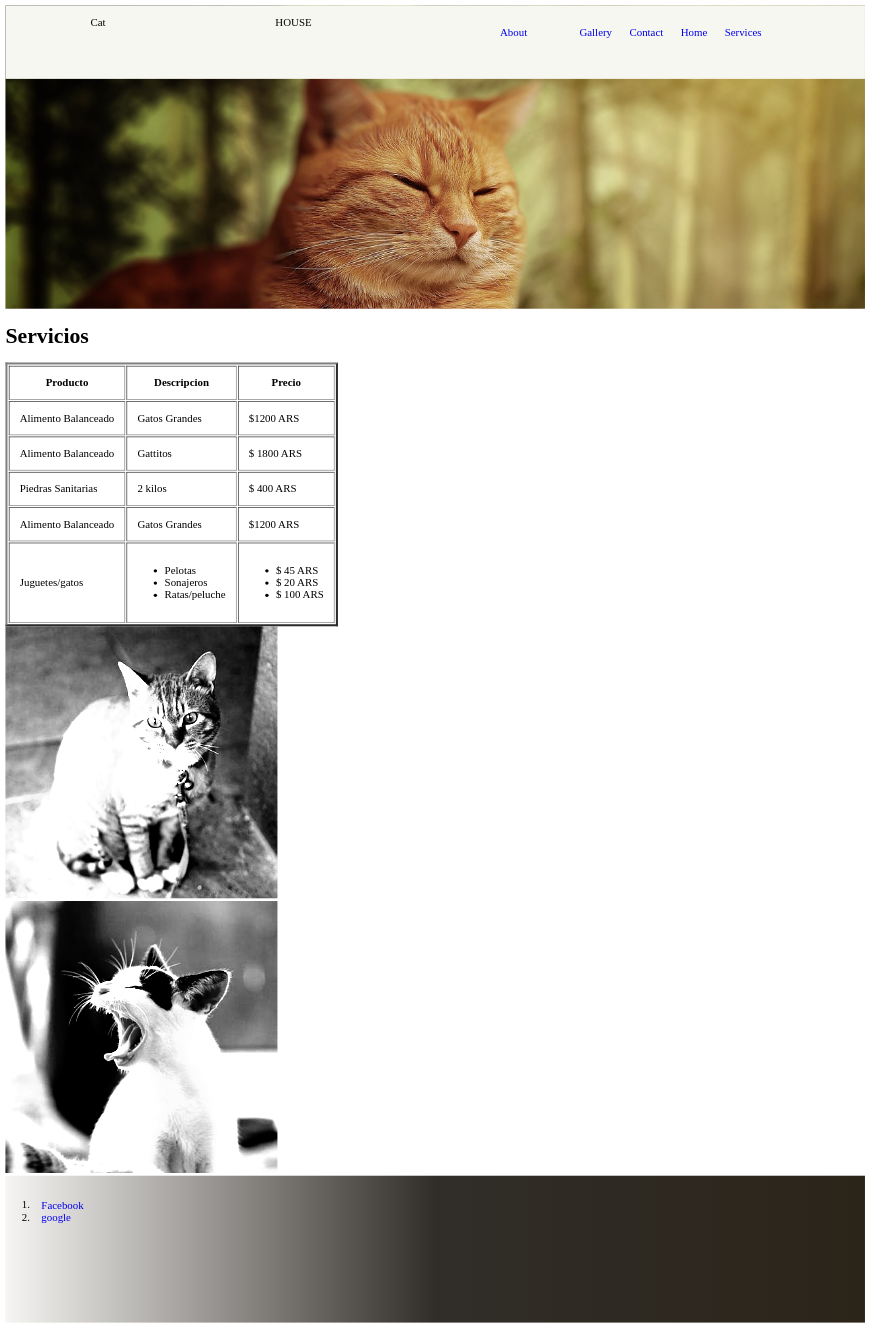
Repository: raul4264/final
Page: Services.html
The author's editor kept a copy of each file at every save. The page is drawn from the files as they stood at one save, then again after the next save.
The browser window is 1280 px wide. The pictures show the whole page, at 68% of full size.

Above is the page before, as saved 2021-04-02 09:24:01.

### Services.html
<!DOCTYPE html>
<html lang="en">

<head>
    <meta charset="UTF-8">
    <meta http-equiv="X-UA-Compatible" content="IE=edge">
    <meta name="viewport" content="width=device-width, initial-scale=1.0">
    <title>Services</title>
    <link href="css/services.css" rel="stylesheet" type="text/css">
</head>

<body>

    <body>

            <header>
                <div class="banner">

                    <nav id="nav">

                        <div class="item1">
                            <p class="h5">Cat</p>
                        </div>

                        <div class="item2">
                            <p class="h4">HOUSE</p>
                        </div>


                        <ul class="item3">
                            <li class=""><a href="about.html">About</li>
                            <li class=""><a href="Gallery.html">Gallery</a></li>
                            <li class=""><a href="Contact.html">Contact</a></li>
                            <li class=""><a href="index.html">Home</a></li>
                            <li class=""><a href="Services.html ">Services</a></li>
                        </ul>
                    </nav>
                </div>

            </header>





            <h1>Servicios</h1>
            <section class="table">

                <table border="3px" cellpadding="15px">
                    <tr>
                        <th>Producto</th>
                        <th>Descripcion</th>
                        <th>Precio</th>
                    </tr>
                    <tr>
                        <td>Alimento Balanceado</td>
                        <td>Gatos Grandes</td>
                        <td> $1200 ARS</td>
                    </tr>
                    <tr>
                        <td>Alimento Balanceado</td>
                        <td>Gattitos</td>
                        <td>$ 1800 ARS</td>
                    </tr>
                    <tr>
                        <td>Piedras Sanitarias</td>
                        <td>2 kilos</td>
                        <td>$ 400 ARS</td>
                    </tr>
                    <tr>
                        <td>Alimento Balanceado</td>
                        <td>Gatos Grandes</td>
                        <td>$1200 ARS</td>
                    </tr>
                    <tr>
                        <td>Juguetes/gatos</td>
                        <td>
                            <ul>
                                <li>Pelotas</li>
                                <li>Sonajeros</li>
                                <li>Ratas/peluche</li>
                            </ul>
                        </td>
                        <td>
                            <ul>
                                <li>$ 45 ARS</li>
                                <li>$ 20 ARS</li>
                                <li>$ 100 ARS</li>
                            </ul>
                        </td>
                    </tr>
                </table>
            </section>

                <div id="fotos">
                    <img src="images/3.jpg">
                    <img src="images/2.jpg">

                </div>








            <footer>
                <br>

                <ol>
                    <li><a href="http://www.facebook.com" target="blanck">Facebook</a>

                    </li>
                    <li><a href="http://www.google.com" target="blanck">google</a>

                    </li>
                </ol>
                <br>
            </footer>
    </body>

</html>

### css/services.css


#nav {
    display: flex;
    background-color: rgb(247, 247, 241);
    justify-content: space-around;
    height: 15vh;
}

.banner {
    background: url(../images/1.jpg) no-repeat 0px 0px;
    background-size: cover;
    padding: 0em 0 4em;
    height: 53vh;
}


.item3 {
    display: flex;
    list-style: none;
    padding: 2vh;
}

  a {
    text-decoration: none;
    padding: 1vw;
}

.li {
    padding: 10px;
}












#fotos {

    width: 300px;
    filter: contrast(1.8) brightness(1.5) grayscale(1)
    transform: rotate(15deg);
    filter: contrast(1.8) brightness(1.5) grayscale(1)
}







#fotos:hover {
    /*  transform: rotate(15deg );*/
    transform: translate(22px 50px);

}

footer {
    height: 30vh;
    background: rgb(34, 34, 33);
    background: linear-gradient(90deg, rgb(247, 245, 243) 0%, rgba(48, 45, 40, 0.995) 50%, rgb(43, 36, 25) 100%);
}

After the next save:
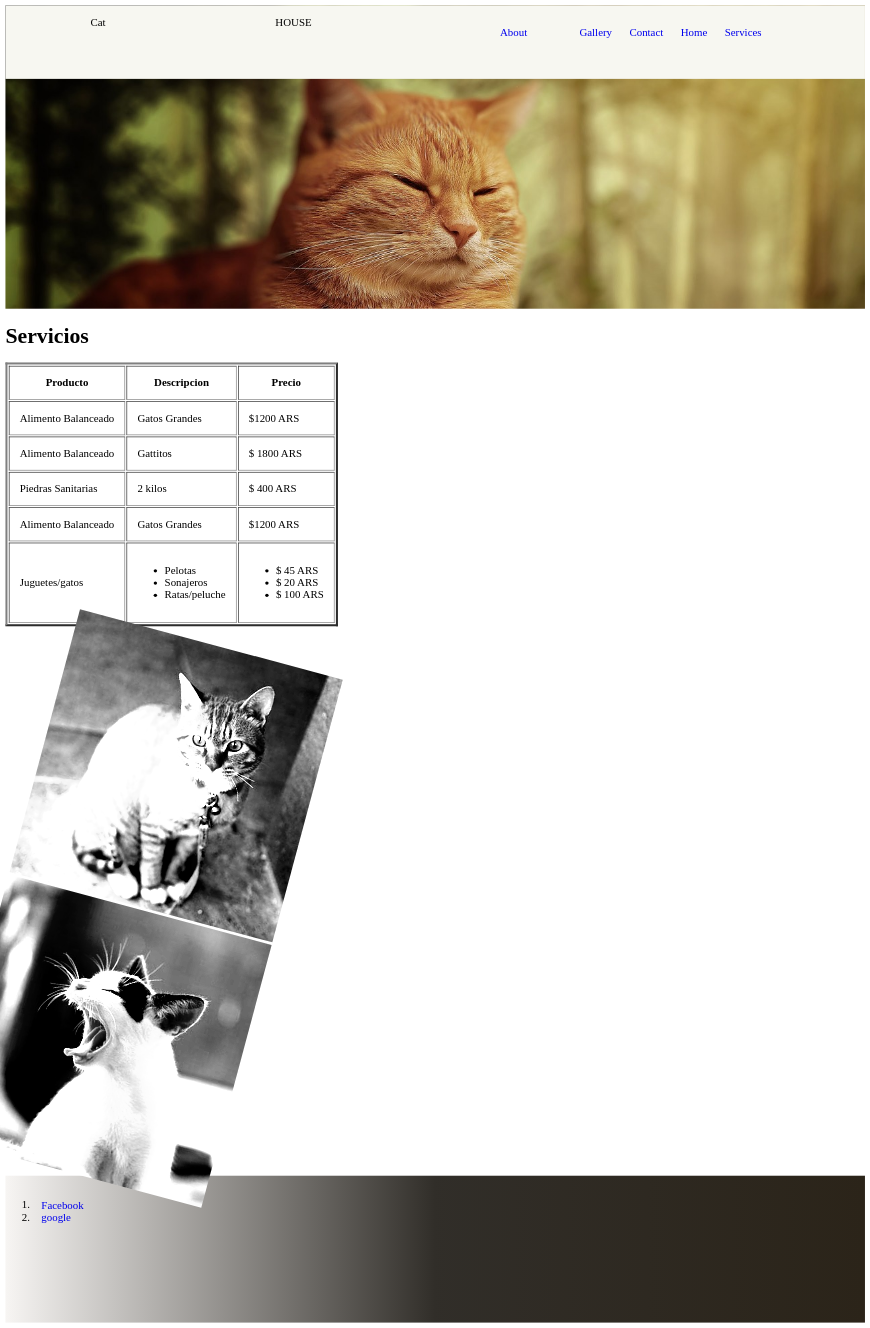
Saved 28 s later.
--- a/css/services.css
+++ b/css/services.css
@@ -42,10 +42,7 @@
 
 
 #fotos {
-
     width: 300px;
-    filter: contrast(1.8) brightness(1.5) grayscale(1)
-    transform: rotate(15deg);
     filter: contrast(1.8) brightness(1.5) grayscale(1)
 }
 
@@ -53,7 +50,10 @@
 
 
 
+#fotos {
+    transform: rotate(15deg);
 
+}
 
 #fotos:hover {
     /*  transform: rotate(15deg );*/
